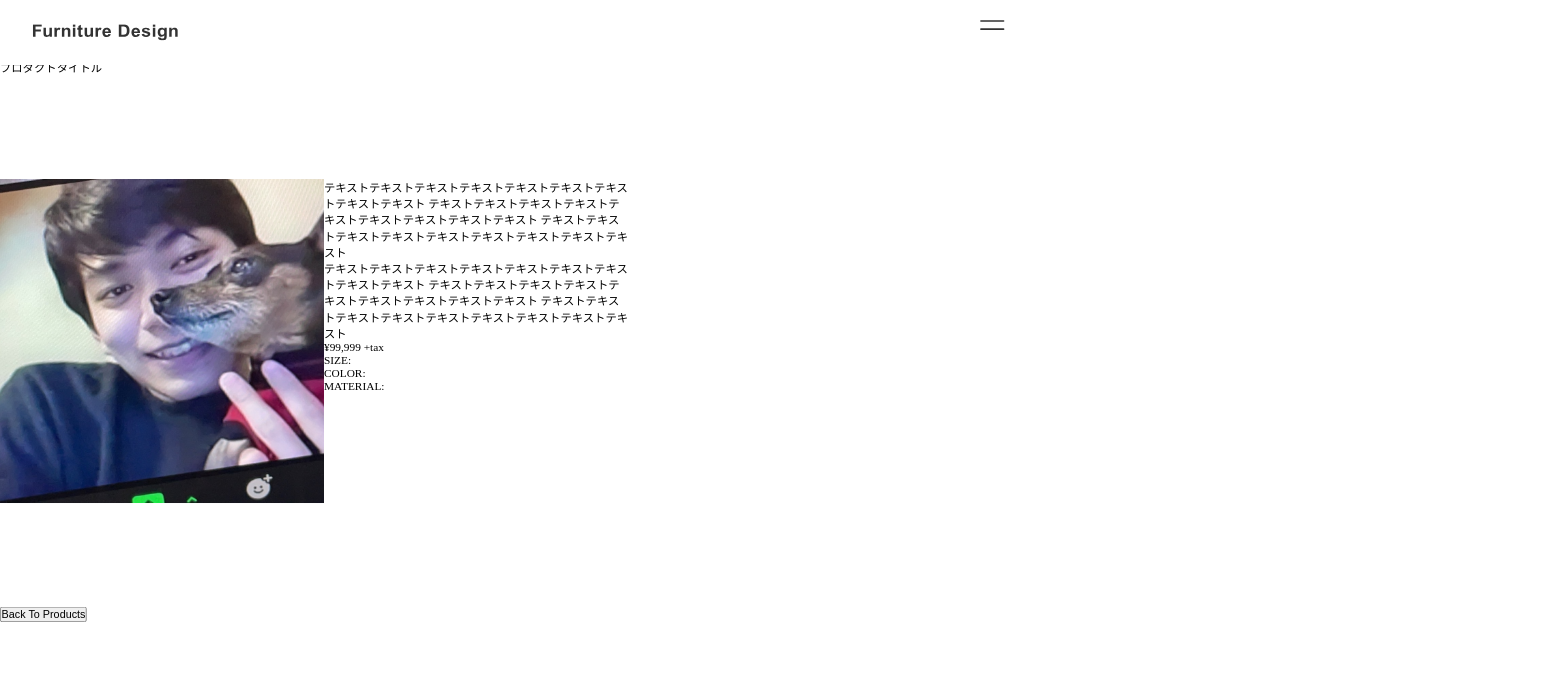
Repository: kohei23n/tenfeet
Page: menbers2/index.html
The author's editor kept a copy of each file at every save. The page is drawn from the files as they stood at one save, then again after the next save.
The browser window is 1280 px wide. The page is 1920 px wide, so the pictures cover 1920 px, including what lies to the right of the window. The pictures show the whole page, at 81% of full size.

Above is the page before, as saved 2022-02-08 21:57:01.

### menbers2/index.html
<!DOCTYPE html>
<html lang="en">

<head>
    <meta charset="UTF-8" />
    <meta http-equiv="X-UA-Compatible" content="IE=edge" />
    <meta name="viewport" content="width=device-width, initial-scale=1.0" />
    <link rel="stylesheet" href="../reset.css">
    <link rel="stylesheet" href="menbers2.css" />
    <title>Document</title>
</head>

<body>
    <header id="header" class="wrapper open">
        <h1 class="title">
            <a href="index.html">
                <img src="..\img\logo.svg" alt="Furniture Design" />
            </a>
        </h1>
        <nav id="nav">
            <ul class="nav_menu" style="display: none">
                <li><a href="">PRODUCTS</a></li>
                <li><a href="">ABOUT</a></li>
                <li><a href="">COMPANY</a></li>
                <li><a href="">CONTACT</a></li>
            </ul>
        </nav>
        <div class="button">
            <span></span>
            <span></span>
        </div>
    </header>




    <div id="content2"></div>
    <script src="menbers2.js"></script>
</body>

</html>

### reset.css
html, body, div, span, applet, object, iframe,
h1, h2, h3, h4, h5, h6, p, blockquote, pre,
a, abbr, acronym, address, big, cite, code,
del, dfn, em, img, ins, kbd, q, s, samp,
small, strike, strong, sub, sup, tt, var,
b, u, i, center,
dl, dt, dd, ol, ul, li,
fieldset, form, label, legend,
table, caption, tbody, tfoot, thead, tr, th, td,
article, aside, canvas, details, embed,
figure, figcaption, footer, header, hgroup,
menu, nav, output, ruby, section, summary,
time, mark, audio, video {
    margin: 0;
    padding: 0;
    border: 0;
    font-size: 100%;
    font: inherit;
    vertical-align: baseline;
}
/* HTML5 display-role reset for older browsers */
article, aside, details, figcaption, figure,
footer, header, hgroup, menu, nav, section {
    display: block;
}
body {
    /* line-height: 1; */
}
ol, ul {
    list-style: none;
}
blockquote, q {
    quotes: none;
}
blockquote:before, blockquote:after,
q:before, q:after {
    content: '';
    content: none;
}
table {
    border-collapse: collapse;
    border-spacing: 0;
}

### menbers2/menbers2.css
* {
  margin: 0;
  padding: 0;
}

body{
    padding: 5% 0;
}

#header {
  width: 100%;
  height: 80px;
  background-color: #fff;
  display: flex;
  align-items: center;
  justify-content: space-between;
  position: fixed;
  left: 0;
  right: 0;
  top: 0;
  z-index: 10;
}

.wrapper {
  max-width: 1360px;
  padding: 0 40px;
  box-sizing: border-box;
}

h1 {
  display: block;
  font-size: 2em;
  margin-block-start: 0.67em;
  margin-block-end: 0.67em;
  margin-inline-start: 0px;
  margin-inline-end: 0px;
  font-weight: bold;
}

.title a {
  width: 180px;
  line-height: 1px;
  display: block;
}

img {
  max-width: 100%;
}

.open #nav {
  left: 0;
  opacity: 1;
}

/* #nav {
  position: fixed;
  top: 0;
  width: 300px;
  color: #fff;
  padding: 36px 50px;
  transition: all 0.5s;
  z-index: 20;
}

#nav li {
  margin-bottom: 14px;
  list-style: none;
}

#nav a {
  color: #fff;
  text-decoration: none;
  transition: all 0.5s;
} */

.button {
  width: 30px;
  height: 30px;
  position: relative;
  transition: all 0.5s;
  cursor: pointer;
  z-index: 20;
}

.button span:nth-child(1) {
  top: 10px;
}

.button span {
  display: block;
  position: absolute;
  width: 30px;
  height: 2px;
  background-color: #333;
  border-radius: 4px;
  transition: all 0.5s;
}

.member_name{
    font-size: 14px;
    font-weight: 100;
}



.member{
    /* display: block;
    margin-top: 10%; */
}

.member_img{
    width: 400px;
    height: 400px;
    object-fit: cover;
}

.section_member{
    margin: 10% 0;
    width: 150%;
    display: flex;
}

.message{
    font-size: 14px;
    width: 25%;
    margin: ;
}

### menbers2/menbers2.js
let content = `<h1 class="member_name">プロダクトタイトル</h1>
<section class="section_member">
<img src="../img/9.jpg" alt="" class="member_img">
<div class="member_content">
        <p class="message">テキストテキストテキストテキストテキストテキストテキストテキストテキスト テキストテキストテキストテキストテキストテキストテキストテキストテキスト テキストテキストテキストテキストテキストテキストテキストテキストテキスト</p>
        <p class="message">テキストテキストテキストテキストテキストテキストテキストテキストテキスト テキストテキストテキストテキストテキストテキストテキストテキストテキスト テキストテキストテキストテキストテキストテキストテキストテキストテキスト</p>
        <p class="message">¥99,999 +tax</p>
        <p class="message">SIZE: </p>
        <p class="message">COLOR: </p>
        <p class="message">MATERIAL:</p>
</div>
</section>
<button class="page_back">Back To Products</button>
`

let content2 = document.getElementById("content2");
content2.insertAdjacentHTML("beforebegin", content);

After the next save:
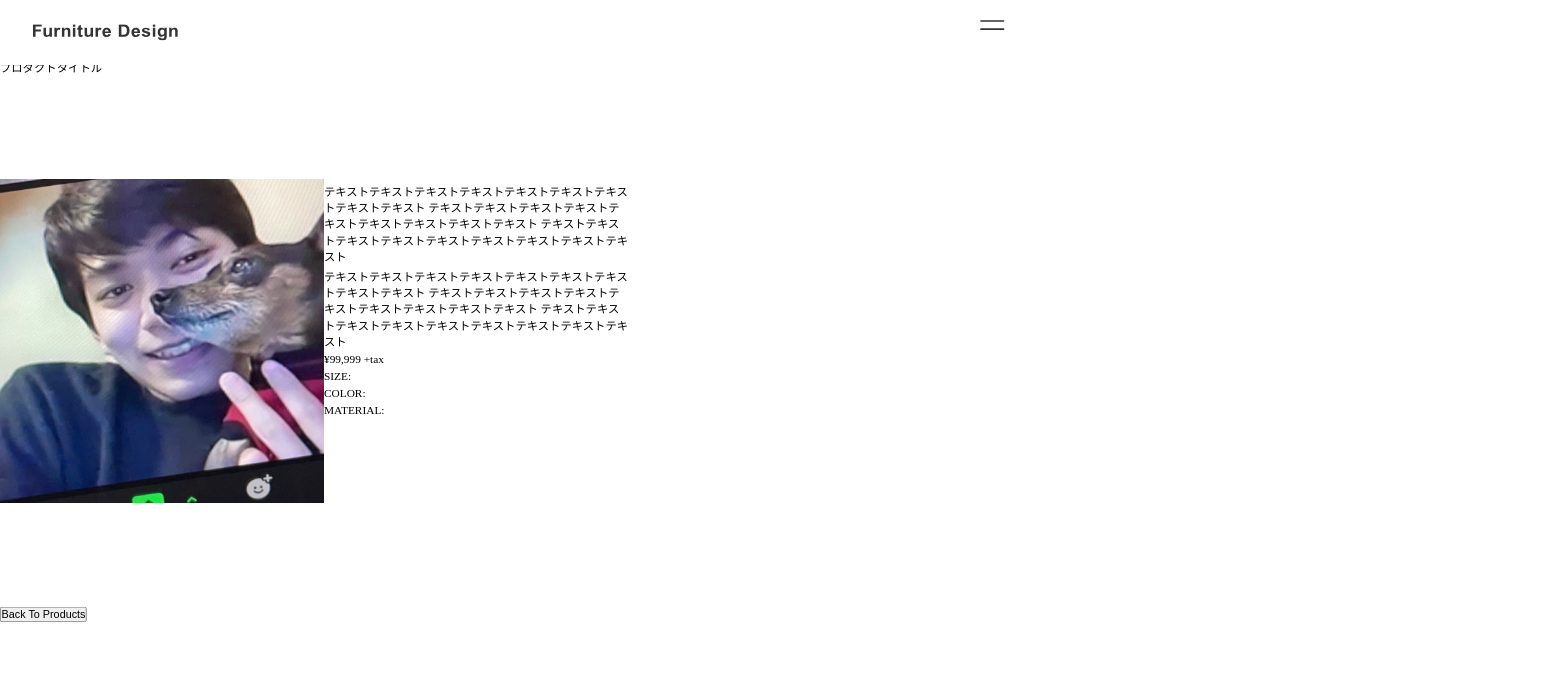
Saved 6 s later.
--- a/menbers2/menbers2.css
+++ b/menbers2/menbers2.css
@@ -123,5 +123,5 @@ img {
 .message{
     font-size: 14px;
     width: 25%;
-    margin: ;
+    margin: 5px 0;
 }
